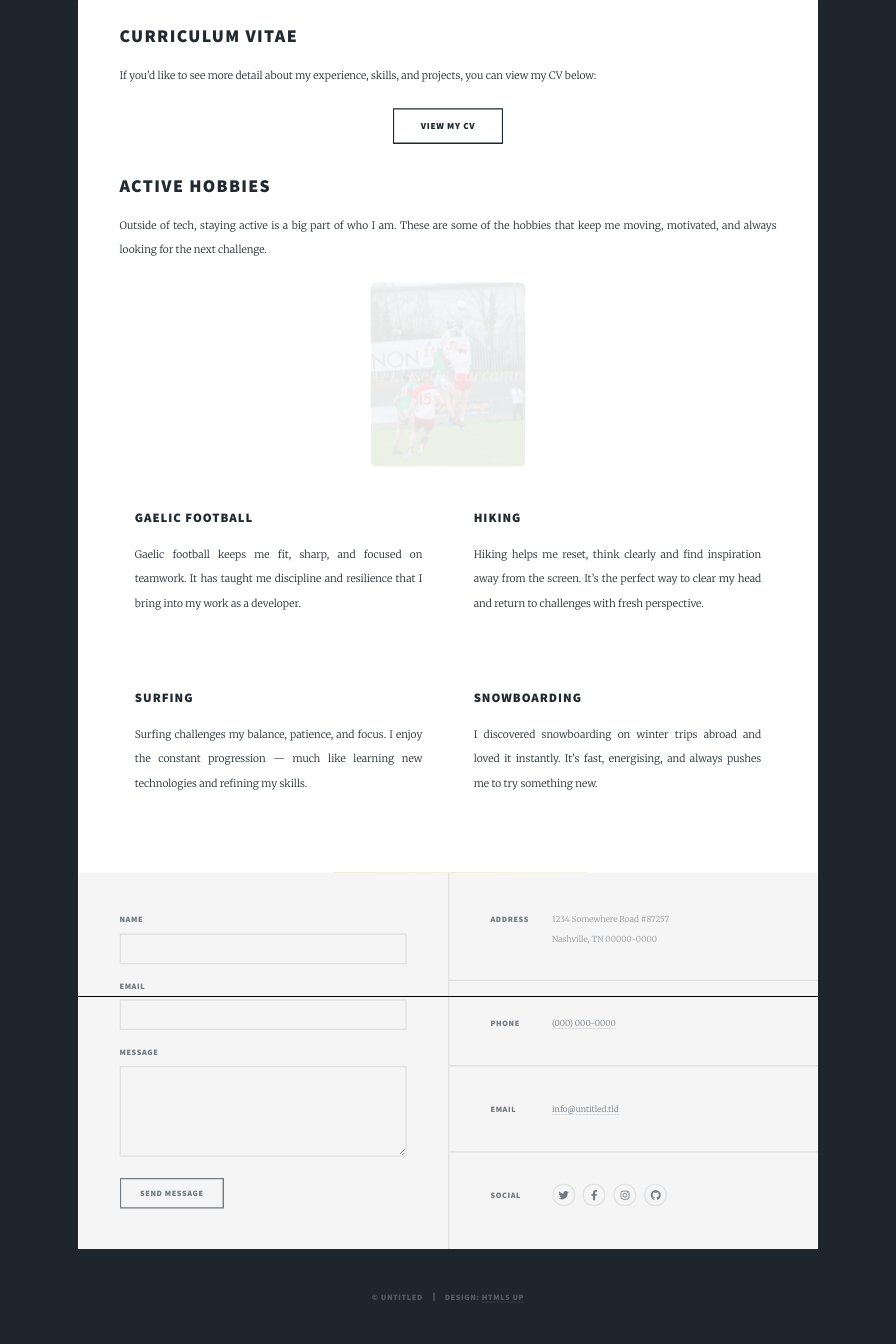
Repository: ciaranscan6/PersonalWebsite
Page: about-me.html
An editor plug-in stored every save of this project. The page is shown before and after the next save, followed by the edit.
The browser window is 1280 px wide. The pictures show the part of the page from y = 1411 to 3331 px (the page is 3331 px tall before and 3211 px after), at 70% of full size.

Above is the page before, as saved 2025-11-22 02:38:42.

After the next save:
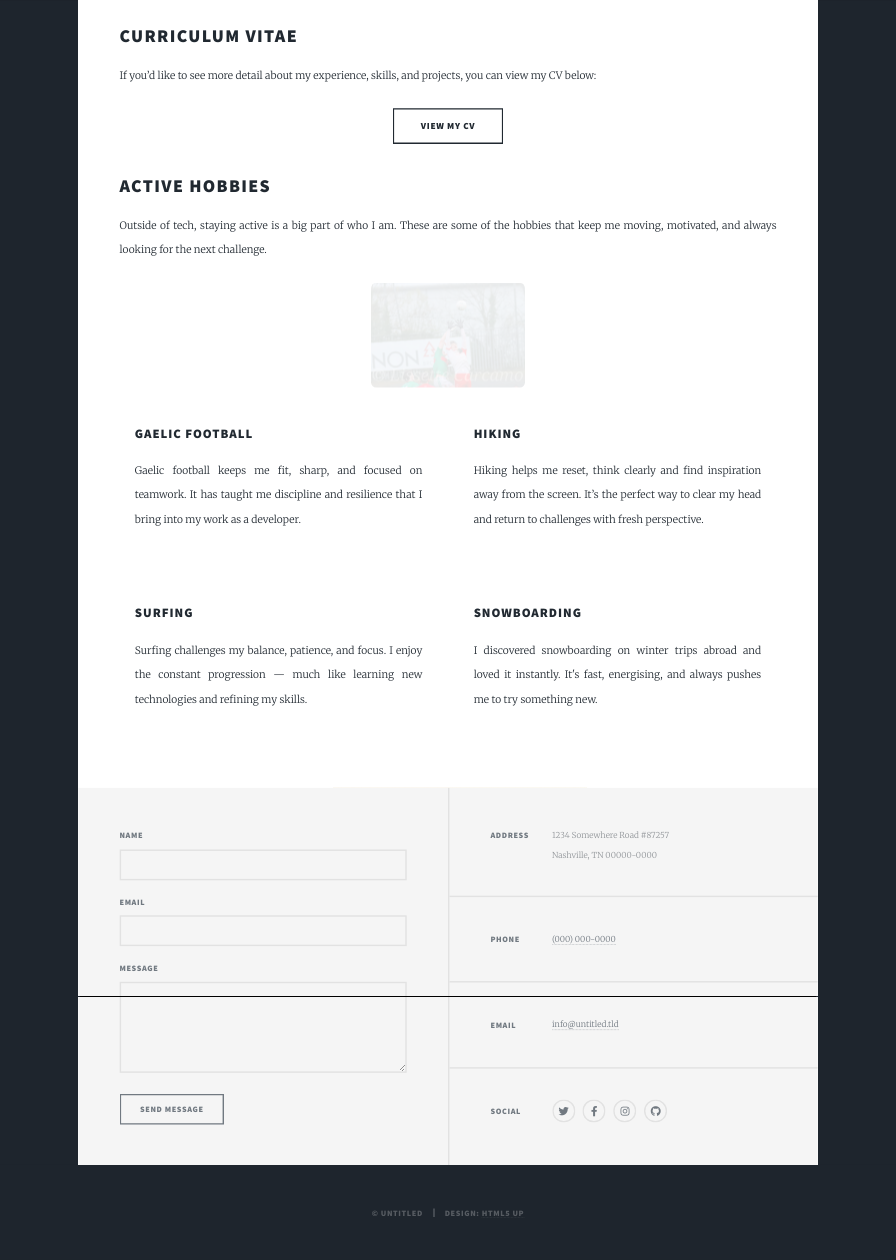
Saved 7 min 2 s later.
--- a/about-me.html
+++ b/about-me.html
@@ -18,25 +18,31 @@
 				margin-top: 3rem;
 			}
 
-			/* Size of rotating image */
 			.hobby-rotator-wrapper {
-				max-width: 220px; /* change to 150, 220, or 300 */
+				width: 220px;        /* or 300px / 250px */
+				height: 150px;       /* fixed height so layout never moves */
 				margin: 0 auto 2rem;
-			}
+				overflow: hidden;    /* hides edges if image doesn't fit */
+				border-radius: 0.5rem;
+			}
+
+			#hobby-rotator {
+				width: 100%;
+				height: 100%;
+				object-fit: cover;   /* ensures full coverage */
+				transition: opacity 0.5s ease;
+			}
+
+			#hobby-rotator.fade-out {
+				opacity: 0;
+			}
+
 
 			.hobby-rotator-wrapper img {
 				width: 100%;
 				border-radius: 0.5rem;
 			}
 
-			/* Fade animation */
-			#hobby-rotator {
-				opacity: 1;
-				transition: opacity 0.5s ease;
-			}
-			#hobby-rotator.fade-out {
-				opacity: 0;
-			}
 
 			.hobby-grid {
 				display: grid;
